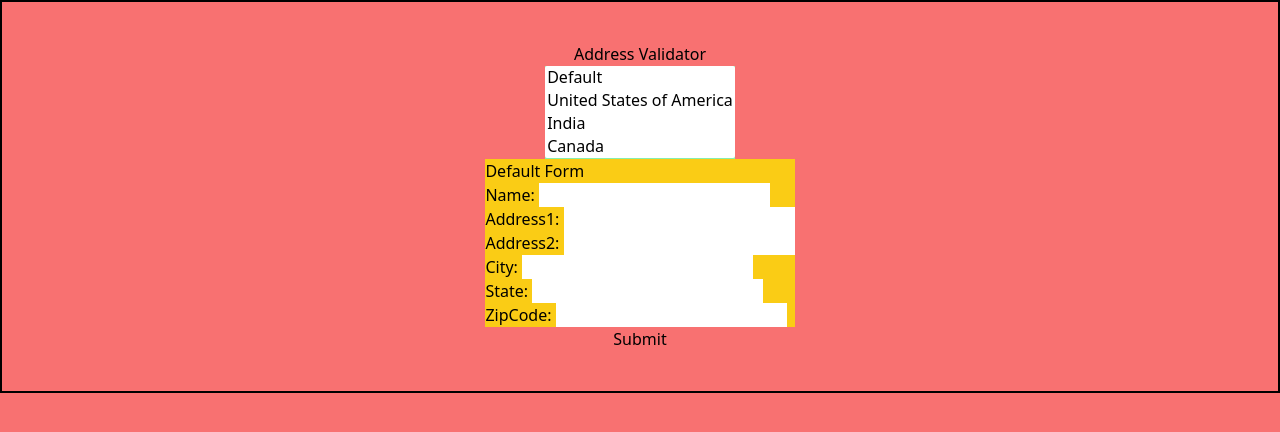
Repository: jay-singhvi/SWArchDesign_TeamProject
Page: / (app in frontend/address-validation/)
These files come from the project's save history. The page is drawn as it stood at one moment and after the next save; the edit follows.
The browser window is 1280 px wide. The pictures show the whole page.
The project was rebuilt for these pictures with package versions that can differ from the ones it lists, and the page was loaded fresh each time. Also part of the build but not shown: frontend/address-validation/src/App.css.

Above is the page before, as saved 2023-03-07 13:42:41.

### frontend/address-validation/src/App.js

import './App.css';
import React, { useState, setState } from 'react';

// React component for creating and sending POST request
function App() {

  // variables to handle the Request and Response
  const [countryList, setCountryList] = useState("");
  const [formData, setFormData] = useState(null);
  const [responseData, setResponseData] = useState(null);

  // Set of Counries under consideration
  const countries = [
    { name: "Default"},
    { name: "United States of America"},
    { name: "India"},
    { name: "Canada"}
  ];

  // Function to render form based on Countries
  function renderForm() {
    if (countryList.length === 1) {
      console.log(countryList)
        if(countryList.includes("United States of America"))
          return <USAForm setFormData={setFormData} />;
        else if(countryList.includes("India"))
          return <IndiaForm setFormData={setFormData} />;
        else if(countryList.includes("Canada"))
          return <CanadaForm setFormData={setFormData} />;
        else
          return <DefaultForm setFormData={setFormData} />;
    }
    // Renders form for multiple selected countries
    else {
      return <DefaultForm setFormData={setFormData} />
    }
  }

  // Handles selected country and set ths
  function handleSelectedCountry(event) {
    const selectedOptions = Array.from(event.target.selectedOptions);
    const selectedValues = selectedOptions.map(option => option.value);
    setCountryList(selectedValues);
  }

  // Finds address based on the form data
  async function findAddress(event) {
    event.preventDefault();

    // If only one country is selected
    if(countryList.length === 1) {

      //If selected country id default then send country field empty in JSON request
      if(countryList[0] === 'Default')
      {
        countryList[0] = ''
      }
      const updatedFormData = {...formData, "Country": countryList[0]};

      // If form data has Name attribute then search based on name and country
      if(formData !== null && formData.Name !== null){
        try {
          const response = await fetch("http://localhost:5000/api/searchCountriesByClient", {
            method: "POST",
            headers: {
              "Content-Type": "application/json",
            },
            body: JSON.stringify(updatedFormData),
          });

          const data = await response.json();
          setResponseData(data);
        } catch (error) {
          console.error(error);
          setResponseData({ error: "An error occurred" });
        }
      }

      //If name is not mentioned then populate all addresses for that country based on JSON request
      else {
        try {
          const response = await fetch("http://localhost:5000/api/searchCountry", {
            method: "POST",
            headers: {
              "Content-Type": "application/json",
            },
            body: JSON.stringify(updatedFormData),
          });

          const data = await response.json();
          setResponseData(data);
        } catch (error) {
          console.error(error);
          setResponseData({ error: "An error occurred" });
        }
      }
    }
    //If more one country is selected then send the list of countries with JSON request
    else if(countryList.length > 1){
      const updatedFormData = {...formData, "Country": countryList};

      try {
        const response = await fetch("http://localhost:5000//api/searchCountries", {
          method: "POST",
          headers: {
            "Content-Type": "application/json",
          },
          body: JSON.stringify(updatedFormData),
        });

        const data = await response.json();
        setResponseData(data);
      } catch (error) {
        console.error(error);
        setResponseData({ error: "An error occurred" });
      }
    }
    // If only name is mentioned then look for that name in all countries
    else if(formData !== null && formData.Name !== null){
      try {
        const response = await fetch("http://localhost:5000/api/searchCountriesByClient", {
          method: "POST",
          headers: {
            "Content-Type": "application/json",
          },
          body: JSON.stringify(formData),
        });

        const data = await response.json();
        setResponseData(data);
      } catch (error) {
        console.error(error);
        setResponseData({ error: "An error occurred" });
      }
    }
    setFormData({});
  }

  // Give all the options of countries to user for selection
  return (
    <div className=' items-center justify-between min-h-screen bg-red-400 '>
    <div className='  py-10 flex flex-col items-center border-2 border-black inline-block'>
      <h1>Address Validator</h1>
      <div className=' bg-green-300'>
        <select multiple value={countryList} onChange={handleSelectedCountry}>
          {countries.map((country) => (
            <option key={country.name} value={country.name}>
              {country.name}
            </option>
          ))}
        </select>
      </div>

      {renderForm()}

      <button type="submit" onClick={findAddress}>
          Submit
        </button>

      {responseData && (
        <div>
          <h2>Post Result:</h2>
          <pre>{JSON.stringify(responseData, null, 2)}</pre>
        </div>
      )}
      </div>
    </div>

  );
}

// React component to render USA specific form
function USAForm({setFormData}) {
  const [formValues, setFormValues] = useState({});
  function updateForm(event) {
    setFormValues({
      ...formValues,
      [event.target.name]: event.target.value,
    });
    setFormData({
      ...formValues,
      [event.target.name]: event.target.value,
    });
  }

  return (
    <div>
      <form>
        <h2>United States Form</h2>
        Name: <input type="text" name="Name" onChange={updateForm} />
        <br/>
        Address1: <input type="text" name="Address1" onChange={updateForm} />
        <br/>
        Address2: <input type="text" name="Address2" onChange={updateForm} />
        <br/>
        City: <input type="text" name="City" onChange={updateForm} />
        <br/>
        State: <input type="text" name="State" onChange={updateForm} />
        <br/>
        ZipCode: <input type="text" name="Zipcode" onChange={updateForm} />
        <br/>
      </form>
    </div>
  );
}

// React component to render Canada specific form
function CanadaForm({setFormData}) {
  const [formValues, setFormValues] = useState({});
  function updateForm(event) {
    setFormValues({
      ...formValues,
      [event.target.name]: event.target.value,
    });
    setFormData({
      ...formValues,
      [event.target.name]: event.target.value,
    });
  }

  return (
    <div>
      <form>
        <h2>Canada Form</h2>
        Name: <input type="text" name="Name" onChange={updateForm} />
        <br/>
        Address1: <input type="text" name="Address1" onChange={updateForm} />
        <br/>
        Address2: <input type="text" name="Address2" onChange={updateForm} />
        <br/>
        City: <input type="text" name="City" onChange={updateForm} />
        <br/>
        Province: <input type="text" name="State" onChange={updateForm} />
        <br/>
        Postalcode: <input type="text" name="ZipCode" onChange={updateForm} />
      </form>
    </div>
  );
}

// React component to render India specific form
function IndiaForm({setFormData}) {
  const [formValues, setFormValues] = useState({});
  function updateForm(event) {
    setFormValues({
      ...formValues,
      [event.target.name]: event.target.value,
    });
    setFormData({
      ...formValues,
      [event.target.name]: event.target.value,
    });
  }

  return (
    <div>
      <form>
        <h2>India Form</h2>
        Name: <input type="text" name="Name" onChange={updateForm} />
        <br/>
        Street Address: <input type="text" name="Address1" onChange={updateForm} />
        <br/>
        Address2: <input type="text" name="Address2" onChange={updateForm} />
        <br/>
        City: <input type="text" name="City" onChange={updateForm} />
        <br/>
        State: <input type="text" name="State" onChange={updateForm} />
        <br/>
        Pincode: <input type="text" name="ZipCode" onChange={updateForm} />
        <br/>
      </form>
    </div>
  );
}

// React component to render default form
function DefaultForm({setFormData}) {

  const [formValues, setFormValues] = useState({});
  function updateForm(event) {
    setFormValues({
      ...formValues,
      [event.target.name]: event.target.value,
    });
    setFormData({
      ...formValues,
      [event.target.name]: event.target.value,
    });
  }

  return (
    <div className='  bg-yellow-400'>
      <h2>Default Form</h2>
        Name: <input type="text" name="Name" onChange={updateForm} />
        <br/>
        Address1: <input type="text" name="Address1" onChange={updateForm} />
        <br/>
        Address2: <input type="text" name="Address2" onChange={updateForm} />
        <br/>
        City: <input type="text" name="City" onChange={updateForm} />
        <br/>
        State: <input type="text" name="State" onChange={updateForm} />
        <br/>
        ZipCode: <input type="text" name="Zipcode" onChange={updateForm} />
        <br/>
    </div>
  );
}

export default App;

Loaded but not shown: frontend/address-validation/public/index.html (common file); frontend/address-validation/src/index.js (common file); frontend/address-validation/src/index.css (common file); frontend/address-validation/src/reportWebVitals.js (common file); frontend/address-validation/tailwind.config.js (common file)

After the next save:
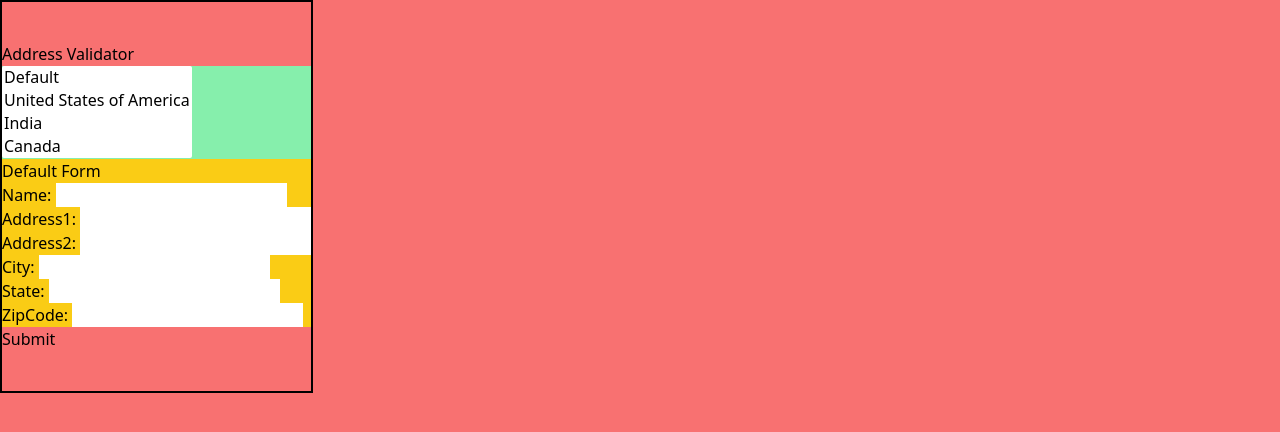
Saved 5 s later.
--- a/frontend/address-validation/src/App.js
+++ b/frontend/address-validation/src/App.js
@@ -140,7 +140,7 @@
   // Give all the options of countries to user for selection
   return (
     <div className=' items-center justify-between min-h-screen bg-red-400 '>
-    <div className='  py-10 flex flex-col items-center border-2 border-black inline-block'>
+    <div className='  py-10  flex-col items-center border-2 border-black inline-block'>
       <h1>Address Validator</h1>
       <div className=' bg-green-300'>
         <select multiple value={countryList} onChange={handleSelectedCountry}>

After the save that followed:
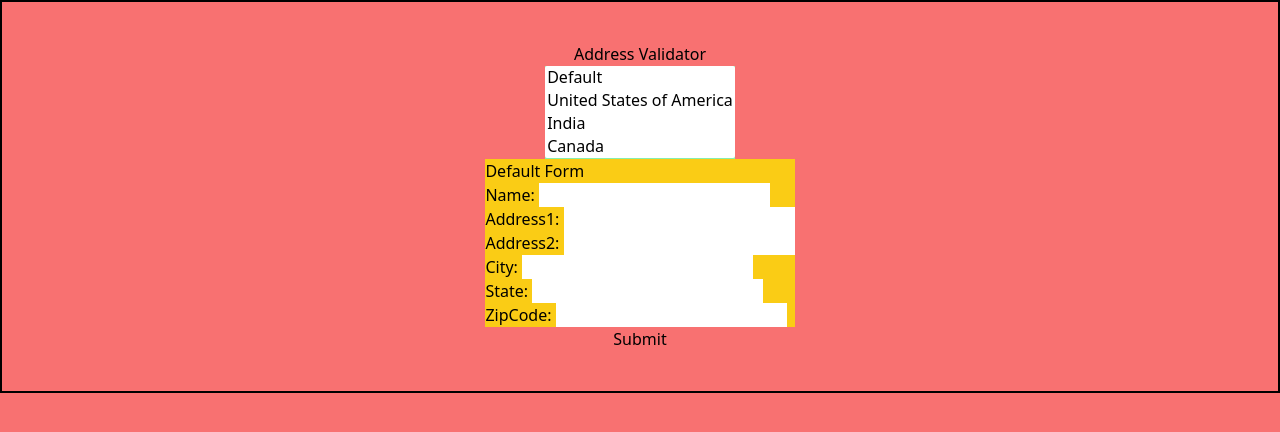
Saved 10 s later.
--- a/frontend/address-validation/src/App.js
+++ b/frontend/address-validation/src/App.js
@@ -140,7 +140,7 @@
   // Give all the options of countries to user for selection
   return (
     <div className=' items-center justify-between min-h-screen bg-red-400 '>
-    <div className='  py-10  flex-col items-center border-2 border-black inline-block'>
+    <div className='  py-10 flex flex-col items-center border-2 border-black'>
       <h1>Address Validator</h1>
       <div className=' bg-green-300'>
         <select multiple value={countryList} onChange={handleSelectedCountry}>
